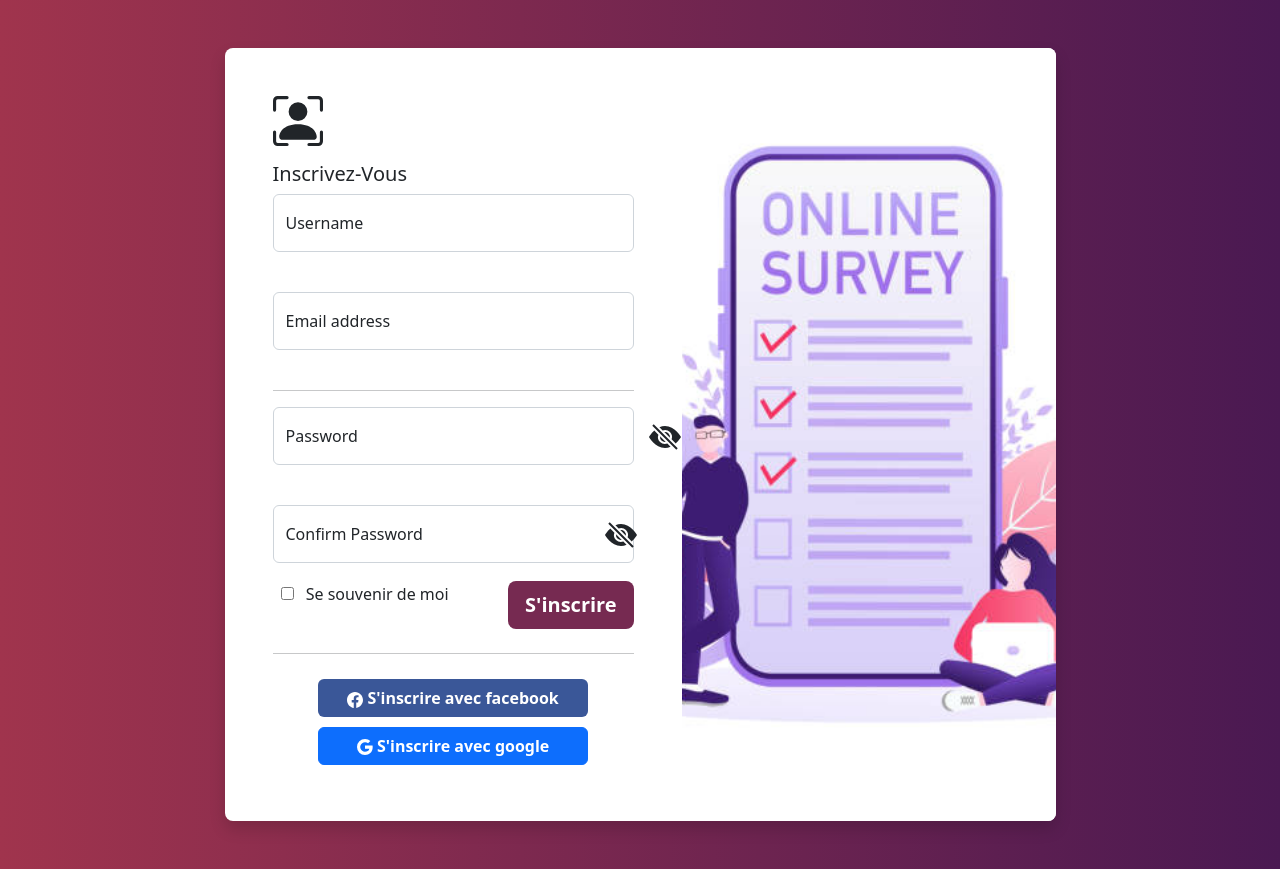
Repository: Djiamil/testsMoustaphaDER
Page: index.html
An editor plug-in stored every save of this project. The page is shown before and after the next save, followed by the edit.
The browser window is 1280 px wide. The pictures show the whole page.

Above is the page before, as saved 2022-12-09 09:49:53.

### index.html
<!DOCTYPE html>
<html lang="en">
<head>
    <meta charset="UTF-8">
    <meta http-equiv="X-UA-Compatible" content="IE=edge">
    <meta name="viewport" content="width=device-width, initial-scale=1.0">
    <title>Formulaire d'inscription Futur Digital</title>
    <link rel="stylesheet" href="https://cdn.jsdelivr.net/npm/bootstrap@5.2.3/dist/css/bootstrap.min.css" integrity="sha384-rbsA2VBKQhggwzxH7pPCaAqO46MgnOM80zW1RWuH61DGLwZJEdK2Kadq2F9CUG65" crossorigin="anonymous">
    <link rel="stylesheet" href="style.css">
</head>
<body>
    <div class="container">
        <div class="row">
          <div class="col-lg-10 col-xl-9 mx-auto">
            <div class="card flex-row my-5 border-0 shadow rounded-3 overflow-hidden">
                <div class="card-body p-4 p-sm-5">
                    <div class="d-flex flex-column">
                        <svg xmlns="http://www.w3.org/2000/svg" width="50" height="50" fill="currentColor" class="bi bi-person-bounding-box mb-3" viewBox="0 0 16 16">
                            <path d="M1.5 1a.5.5 0 0 0-.5.5v3a.5.5 0 0 1-1 0v-3A1.5 1.5 0 0 1 1.5 0h3a.5.5 0 0 1 0 1h-3zM11 .5a.5.5 0 0 1 .5-.5h3A1.5 1.5 0 0 1 16 1.5v3a.5.5 0 0 1-1 0v-3a.5.5 0 0 0-.5-.5h-3a.5.5 0 0 1-.5-.5zM.5 11a.5.5 0 0 1 .5.5v3a.5.5 0 0 0 .5.5h3a.5.5 0 0 1 0 1h-3A1.5 1.5 0 0 1 0 14.5v-3a.5.5 0 0 1 .5-.5zm15 0a.5.5 0 0 1 .5.5v3a1.5 1.5 0 0 1-1.5 1.5h-3a.5.5 0 0 1 0-1h3a.5.5 0 0 0 .5-.5v-3a.5.5 0 0 1 .5-.5z"/>
                            <path d="M3 14s-1 0-1-1 1-4 6-4 6 3 6 4-1 1-1 1H3zm8-9a3 3 0 1 1-6 0 3 3 0 0 1 6 0z"/>
                        </svg>
                        <h5 class="card-title  fw-light fs-5">Inscrivez-Vous</h5>
                    </div>
                    <form class="form" id="form">

                    <div class="form-floating mb-3">
                        <input type="text" class="form-control" id="username" placeholder="Username">
                        <label for="username">Username</label>
                        <small>Error message</small>
                    </div>

                    <div class="form-floating mb-3">
                        <input type="text" class="form-control" id="email" placeholder="Enter email">
                        <label for="floatingInputEmail">Email address</label>
                        <small>Error message</small>
                    </div>

                    <hr>

                    <div class="form-floating mb-3" >
                        <svg xmlns="http://www.w3.org/2000/svg" width="16" height="16" fill="currentColor" class="bi bi-eye-slash-fill" viewBox="0 0 16 16" id="eyes" >
                            <path d="m10.79 12.912-1.614-1.615a3.5 3.5 0 0 1-4.474-4.474l-2.06-2.06C.938 6.278 0 8 0 8s3 5.5 8 5.5a7.029 7.029 0 0 0 2.79-.588zM5.21 3.088A7.028 7.028 0 0 1 8 2.5c5 0 8 5.5 8 5.5s-.939 1.721-2.641 3.238l-2.062-2.062a3.5 3.5 0 0 0-4.474-4.474L5.21 3.089z"/>
                            <path d="M5.525 7.646a2.5 2.5 0 0 0 2.829 2.829l-2.83-2.829zm4.95.708-2.829-2.83a2.5 2.5 0 0 1 2.829 2.829zm3.171 6-12-12 .708-.708 12 12-.708.708z"/>
                        </svg>
                        <input type="password" class="form-control" id="password" placeholder="Enter password">

                        <label for="floatingPassword">Password</label>
                        <small>Error message</small>
                    </div>

                    <div class="form-floating mb-3">
                        <svg xmlns="http://www.w3.org/2000/svg" width="16" height="16" fill="currentColor" class="bi bi-eye-slash-fill" viewBox="0 0 16 16" id="eyes1">
                            <path d="m10.79 12.912-1.614-1.615a3.5 3.5 0 0 1-4.474-4.474l-2.06-2.06C.938 6.278 0 8 0 8s3 5.5 8 5.5a7.029 7.029 0 0 0 2.79-.588zM5.21 3.088A7.028 7.028 0 0 1 8 2.5c5 0 8 5.5 8 5.5s-.939 1.721-2.641 3.238l-2.062-2.062a3.5 3.5 0 0 0-4.474-4.474L5.21 3.089z"/>
                            <path d="M5.525 7.646a2.5 2.5 0 0 0 2.829 2.829l-2.83-2.829zm4.95.708-2.829-2.83a2.5 2.5 0 0 1 2.829 2.829zm3.171 6-12-12 .708-.708 12 12-.708.708z"/>
                        </svg>
                        <input type="password" class="form-control" id="password2" placeholder="Confirm your password">
                        <label for="floatingPasswordConfirm">Confirm Password</label>
                    </div>

                    <div class="d-grid mb-2 w-100 d-flex justify-content-between">
                        <div>
                            <input type="checkbox" value="" class="m-2">
                            Se souvenir de moi
                        </div>
                        <button class="btn btn-lg   fw-bold  mr-25" id="btninscription">S'inscrire</button>
                    </div>

                    <hr class="my-4">
                </form>
                <div class="d-flex justify-content-center flex-column align-items-center">
                    <div class="d-grid mb-2 w-75">
                        <button class="btn btn-facebook fw-bold ">
                            <svg xmlns="http://www.w3.org/2000/svg" width="16" height="16" fill="currentColor" class="bi bi-facebook" viewBox="0 0 16 16">
                                <path d="M16 8.049c0-4.446-3.582-8.05-8-8.05C3.58 0-.002 3.603-.002 8.05c0 4.017 2.926 7.347 6.75 7.951v-5.625h-2.03V8.05H6.75V6.275c0-2.017 1.195-3.131 3.022-3.131.876 0 1.791.157 1.791.157v1.98h-1.009c-.993 0-1.303.621-1.303 1.258v1.51h2.218l-.354 2.326H9.25V16c3.824-.604 6.75-3.934 6.75-7.951z"/>
                            </svg>
                            S'inscrire avec facebook
                        </button>
                    </div>
                    <div class="d-grid mb-2 w-75">
                        <button class="btn btn-primary fw-bold ">
                            <svg xmlns="http://www.w3.org/2000/svg" width="16" height="16" fill="currentColor" class="bi bi-google" viewBox="0 0 16 16">
                                <path d="M15.545 6.558a9.42 9.42 0 0 1 .139 1.626c0 2.434-.87 4.492-2.384 5.885h.002C11.978 15.292 10.158 16 8 16A8 8 0 1 1 8 0a7.689 7.689 0 0 1 5.352 2.082l-2.284 2.284A4.347 4.347 0 0 0 8 3.166c-2.087 0-3.86 1.408-4.492 3.304a4.792 4.792 0 0 0 0 3.063h.003c.635 1.893 2.405 3.301 4.492 3.301 1.078 0 2.004-.276 2.722-.764h-.003a3.702 3.702 0 0 0 1.599-2.431H8v-3.08h7.545z"/>
                              </svg> S'inscrire avec google
                        </button>
                    </div>
                </div>
                </div>
                <div class="card-img-left d-none d-md-flex">
                    <!-- Place de l'image qui est a gauche seter dans le css!-->
                  </div>
            </div>
        </div>
    </div>
<script src="https://cdn.jsdelivr.net/npm/bootstrap@5.2.3/dist/js/bootstrap.min.js" integrity="sha384-cuYeSxntonz0PPNlHhBs68uyIAVpIIOZZ5JqeqvYYIcEL727kskC66kF92t6Xl2V" crossorigin="anonymous"></script>
<script src="script.js"></script>
</body>
</html>

### style.css
@import url('https://fonts.googleapis.com/css2?family=Open+Sans:wght@300&display=swap');
:root{
  --success-color: #2ecc71;
  --error-color: #e74c3c;
}
body {
    background: #a0344d;
    background: linear-gradient(to right, #a0344d, #4a1952);
  }

  .card-img-left {
    width: 45%;
    /* Link to your background image using in the property below! */
    background: scroll center url('./image/ins.jpg');
    background-size: cover;
  }

  /* .btn-login {
    font-size: 0.9rem;
    letter-spacing: 0.05rem;
    padding: 0.75rem 1rem;
  } */

  /* .btn-google {
    color: white !important;
    background-color: #2297f4;
  } */

  .btn-facebook {
    color: white !important;
    background-color: #3a5798;
  }
  .form-floating input:focus{
    outline: 0;
    border-color: #777;
}

.form-floating.success input{
    border-color: var(--success-color);
    margin: 2rem;
}

.form-floating.error input{
    border-color: var(--error-color);
}

  .form-floating small{
    color: var(--error-color);
    bottom: 0;
    left: 0;
    visibility: hidden;
}

.form-floating.error small{
    visibility: visible;
}
button{
  position:relative;
  margin-top: 0.1rem;
}
#btninscription{
  background-color: #762a51;
  color: white;
}
#eyes{
  float: right;
  position:absolute;
  margin-top: 4%;
  margin-left: 23rem;
  width: 3rem;
  height: 2rem;
  /* position: absolute; */
  /* margin-bottom: 6rem; */
  /* margin-top: 3rem; */
}
#eyes1{
  float: right;
  position:absolute;
  margin-top: 4%;
  margin-left: 90%;
  width: 3rem;
  height: 2rem;
  /* position: absolute; */
  /* margin-bottom: 6rem; */
  /* margin-top: 3rem; */
}

### script.js
const form = document.getElementById('form');
const username = document.getElementById('username');
const email = document.getElementById('email');
const password = document.getElementById('password');
const password2 = document.getElementById('password2');
const eyes = document.getElementById('eyes');
const eyes1 = document.getElementById('eyes1');
e=true;
e1=true;
eyes.addEventListener("click", function(){
    if(e){
        password.setAttribute("type", "test")
        e=false;
    }
    });
    eyes1.addEventListener("click", function(){
        if(e1){
            password2.setAttribute("type", "test")
            e1=false;
        }
    });
function checkpassword(input){
    var regularExpression  = /^[a-zA-Z0-9!@#$%^&*]{6,16}$/;
    if (regularExpression.test(input.value)) {
        showSuccess(input);
    } else {
        showError(input,`password is not valid!`);
    }
}

function changer(){
    alert('ok');
    if(e){
        password.setAttribute("type", "test")
        e=false;
    }
}

function showError(input, message) {//Afficher les messages d'erreur
    const formControl = input.parentElement;
    formControl.className = 'form-floating error';
    const small = formControl.querySelector('small');
    small.innerText = message;
}

function showSuccess(input) {
    const formControl = input.parentElement;
    formControl.className = 'form-floating success';
}

function checkEmail(input) {//Tester si l'email est valide :  javascript : valid email
    const re = /^(([^<>()\[\]\\.,;:\s@"]+(\.[^<>()\[\]\\.,;:\s@"]+)*)|(".+"))@((\[[0-9]{1,3}\.[0-9]{1,3}\.[0-9]{1,3}\.[0-9]{1,3}\])|(([a-zA-Z\-0-9]+\.)+[a-zA-Z]{2,}))$/;

    if (re.test(input.value.trim().toLowerCase())) {
        showSuccess(input);
    } else {
        showError(input,`Email is not valid!`);
    }
}

function checkRequired(inputArray) {// Tester si les champs ne sont pas vides
    inputArray.forEach(input => {
        if (input.value.trim() === '') {
            showError(input,`${getFieldName(input)} is required`);
        }else{
            showSuccess(input);
        }
    });
}

//
function getFieldName(input) {//Retour le nom de chaque input en se basant sur son id
    return input.id.charAt(0).toUpperCase() + input.id.slice(1);
}
//

//
function checkLength(input, min, max) {//Tester la longueur de la valeur  d'un input
    if(input.value.length < min){
        showError(input, `${getFieldName(input)} must be at least ${min} characters!`)
    }else if(input.value.length > max){
        showError(input, `${getFieldName(input)} must be less than ${max} characters !`);
    }else{
        showSuccess(input);
    }
}
//
function checkPasswordMatch(input1, input2) {//Verifie la conformité des password
    if (input1.value !== input2.value) {
        showError(input2, 'Passwords do not match!');
    }
}

form.addEventListener('submit',function(e){
    e.preventDefault();//Bloquer la soumission du formulaire

    checkpassword(password)
    checkRequired([username, email, password, password2]);
    //
    checkLength(username, 3, 15);
    checkLength(password, 10, 25);
    checkEmail(email);
    checkPasswordMatch(password,password2);


    /*
    function isValidEmail(email) {//Tester si l'email est valide
    const re = /^(([^<>()\[\]\\.,;:\s@"]+(\.[^<>()\[\]\\.,;:\s@"]+)*)|(".+"))@((\[[0-9]{1,3}\.[0-9]{1,3}\.[0-9]{1,3}\.[0-9]{1,3}\])|(([a-zA-Z\-0-9]+\.)+[a-zA-Z]{2,}))$/;
    return re.test(String(email).toLowerCase());
}
*/
});

After the next save:
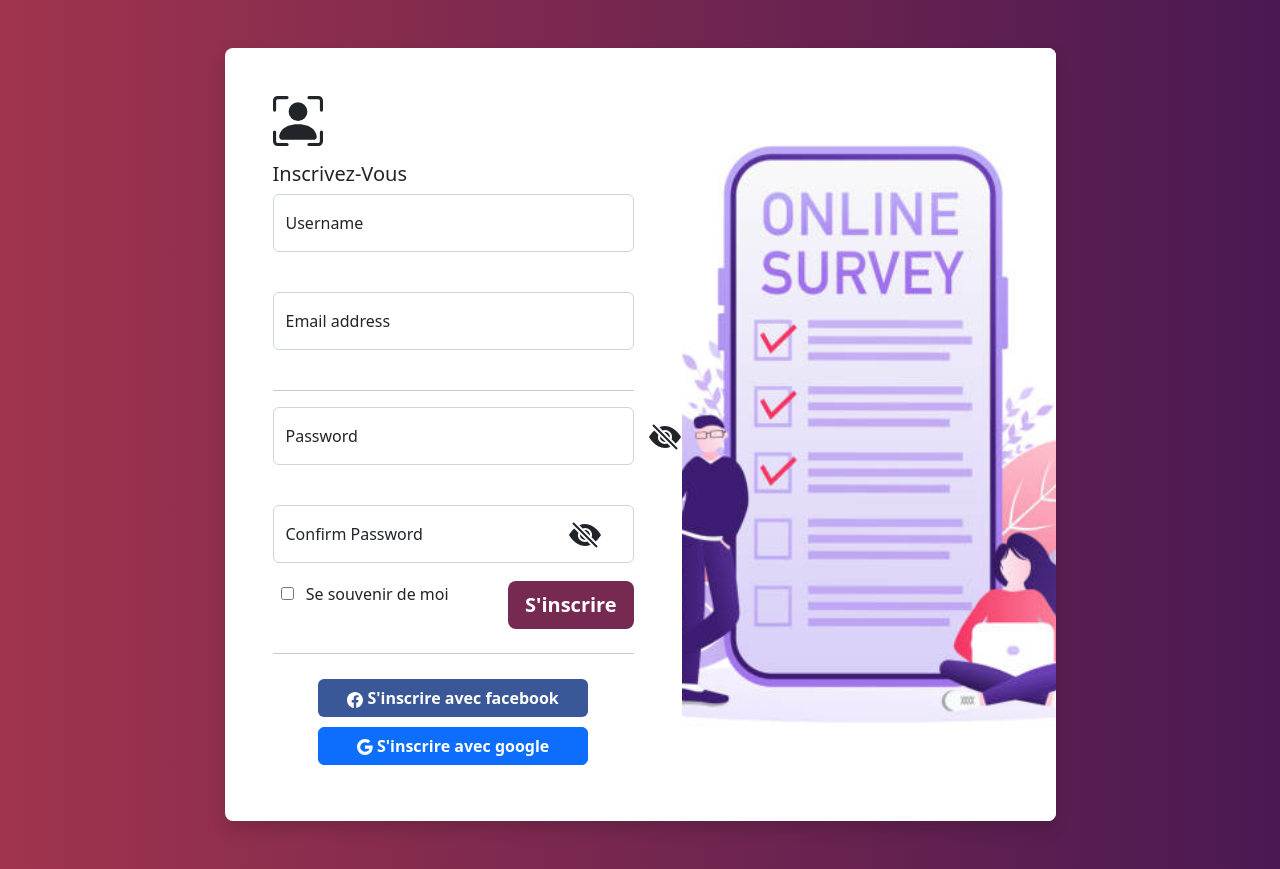
Saved 5 s later.
--- a/style.css
+++ b/style.css
@@ -77,7 +77,7 @@ button{
   float: right;
   position:absolute;
   margin-top: 4%;
-  margin-left: 90%;
+  margin-left: 80%;
   width: 3rem;
   height: 2rem;
   /* position: absolute; */
